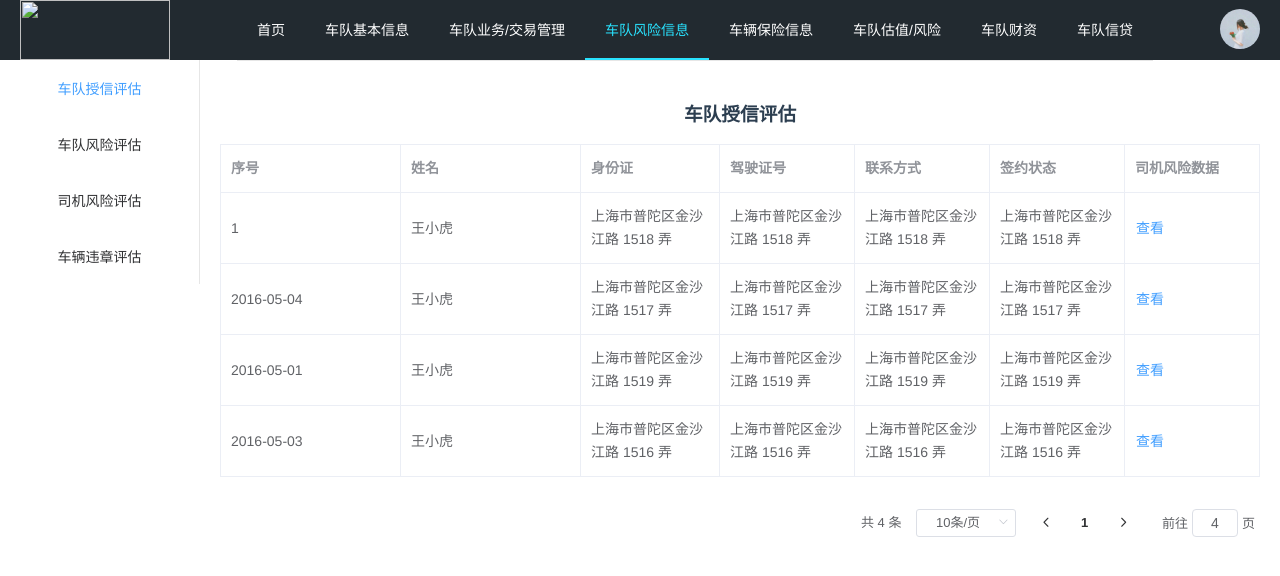
Repository: TheWomanLiketheWind/woodpecker
Page: /
These files come from the project's save history. The page is drawn as it stood at one moment and after the next save; the edit follows.
The browser window is 1280 px wide. The pictures show the whole page.
The project was rebuilt for these pictures with package versions that can differ from the ones it lists, and the page was loaded fresh each time. Also part of the build but not shown: src/views/menuThird.vue.

Above is the page before, as saved 2019-07-25 20:53:13.

### public/index.html
<!DOCTYPE html>
<html lang="en">
  <head>
    <meta charset="utf-8">
    <meta http-equiv="X-UA-Compatible" content="IE=edge">
    <meta name="viewport" content="width=device-width,initial-scale=1.0">
    <link rel="icon" href="<%= BASE_URL %>favicon.ico">
    <title>woodpecker</title>
  </head>
  <body>
    <noscript>
      <strong>We're sorry but woodpecker doesn't work properly without JavaScript enabled. Please enable it to continue.</strong>
    </noscript>
    <div id="app"></div>
    <!-- built files will be auto injected -->
  </body>
</html>

### src/App.vue
<template>
  <div id="app">
    <router-view />
  </div>
</template>

<style lang="scss">
#app {
  font-family: "Avenir", Helvetica, Arial, sans-serif;
  -webkit-font-smoothing: antialiased;
  -moz-osx-font-smoothing: grayscale;
  text-align: center;
  color: #2c3e50;
  .el-header {
    display: flex;
    justify-content: space-between;
    align-items: center;
  }
}
#nav {
  padding: 30px;
  a {
    font-weight: bold;
    color: #2c3e50;
    &.router-link-exact-active {
      color: #42b983;
    }
  }
}
body {
  margin: 0;
}
</style>

### src/router.ts
import Vue from 'vue'
import Router from 'vue-router'
import Home from './views/Home.vue'
Vue.use(Router)

export default new Router({
  mode: 'history',
  base: process.env.BASE_URL,
  routes: [
    {
      path: '/',
      name: 'home',
      component: Home,
      children: [
        {
          path: '/',
          name: 'menuSecond',
          children: [
            {
              path: '/',
              name: 'menuThird',
              component: () =>
                import(/* webpackChunkName: "about" */ './views/menuThird.vue')
            }
          ],
          component: () =>
            import(/* webpackChunkName: "about" */ './views/menuSecond.vue')
        }
      ]
    }
  ]
})

### src/views/Home.vue
<template>
  <el-container>
    <el-header class="headerAll">
      <img src=""
           class="headImage">
      <el-menu :default-active="activeIndex"
               class="el-menu-demo"
               mode="horizontal"
               background-color="#222a30"
               text-color="#fff"
               active-text-color="#29e2fe"
               @select="handleSelect">
        <el-menu-item v-for="(item, index) in menuList"
                      :key="index"
                      :index="item.index"
                      v-on:listenToChildEvent="menuClick">{{item.name}}</el-menu-item>
      </el-menu>

      <el-dropdown>
        <img src="../assets/headImage.jpg"
             class="drophead" />
        <el-dropdown-menu slot="dropdown">
          <el-dropdown-item>个人信息</el-dropdown-item>
          <el-dropdown-item>退出</el-dropdown-item>
        </el-dropdown-menu>
      </el-dropdown>
    </el-header>
    <!-- <router-link to="/menuSecond">点击跳转</router-link> -->
    <router-view />
  </el-container>
</template>

<script lang="ts">
import { Component, Vue } from "vue-property-decorator";

@Component({
  components: {}
})
export default class Home extends Vue {
  data() {
    return {
      activeIndex: "4",
      menuList: [
        {
          name: "首页",
          index: "1",
          link: ""
        },
        {
          name: "车队基本信息",
          index: "2",
          link: ""
        },
        {
          name: "车队业务/交易管理",
          index: "3",
          link: ""
        },
        {
          name: "车队风险信息",
          index: "4",
          link: ""
        },
        {
          name: "车辆保险信息",
          index: "5",
          link: ""
        },
        {
          name: "车队估值/风险",
          index: "6",
          link: ""
        },
        {
          name: "车队财资",
          index: "7",
          link: ""
        },
        {
          name: "车队信贷",
          index: "8",
          link: ""
        }
      ]
    };
  }

  private handleSelect(key: any, keyPath: any) {
    console.log(key, keyPath);
  }

  menuClick(data: any) {
    this.$router.push(data);
  }
}
</script>

<style lang="scss">
.headerAll {
  background: #222a30;
  .headImage {
    width: 150px;
    height: 100%;
    border: 0;
  }
  .drophead {
    width: 40px;
    height: 40px;
    border-radius: 50%;
  }
}
</style>

### src/views/menuSecond.vue
<template>
  <el-container>

    <el-aside width="200px">
      <el-menu :default-active="defaultActive"
               class="el-menu-vertical-demo"
               @select="handleSelect">
        <el-menu-item v-for="(item, index) in filesList.navigeList"
                      :key="index"
                      :index="item.index">
          <span slot="title">{{item.name}}</span>
        </el-menu-item>
      </el-menu>
    </el-aside>
    <el-main>
      <h3>{{filesList.navigeList[this.selectIndex].name}}</h3>
      <el-table :data="tableData"
                border
                style="width: 100%">
        <el-table-column prop="date"
                         label="序号"
                         width="180" />
        <el-table-column prop="name"
                         label="姓名"
                         width="180" />
        <el-table-column prop="address"
                         label="身份证" />
        <el-table-column prop="address"
                         label="驾驶证号" />
        <el-table-column prop="address"
                         label="联系方式" />
        <el-table-column prop="address"
                         label="签约状态" />
        <el-table-column prop="address"
                         label="司机风险数据">
          <template>
            <el-button type="text">查看</el-button>
          </template>
        </el-table-column>
      </el-table>
      <el-pagination @size-change="handleSizeChange"
                     @current-change="handleCurrentChange"
                     :current-page="currentPage4"
                     :page-sizes="[10, 20, 50, 100]"
                     :page-size="10"
                     layout="total, sizes, prev, pager, next, jumper"
                     :total="tableData.length">
      </el-pagination>
    </el-main>
  </el-container>

</template>

<script lang="ts">
import Vue from "vue";
import files from "../jsonFile";

export default Vue.extend({
  data() {
    return {
      filesList: files,
      selectIndex: 0,
      defaultActive: "1",
      currentPage4: 4,
      tableData: [
        {
          date: "1",
          name: "王小虎",
          address: "上海市普陀区金沙江路 1518 弄"
        },
        {
          date: "2016-05-04",
          name: "王小虎",
          address: "上海市普陀区金沙江路 1517 弄"
        },
        {
          date: "2016-05-01",
          name: "王小虎",
          address: "上海市普陀区金沙江路 1519 弄"
        },
        {
          date: "2016-05-03",
          name: "王小虎",
          address: "上海市普陀区金沙江路 1516 弄"
        }
      ]
    };
  },
  methods: {
    handleSelect(key: String) {
      this.selectIndex = Number(key) - 1;
    },
    handleSizeChange(val: Number) {
      console.log(`每页 ${val} 条`);
    },
    handleCurrentChange(val: Number) {
      console.log(`当前页: ${val}`);
    }
  }
});
</script>


<style lang="scss">
.el-pagination {
  margin-top: 30px;
  float: right;
}
</style>

### src/jsonFile.ts
const fileObject = {
  navigeList: [
    {
      name: '车队授信评估',
      index: '1'
    },
    {
      name: '车队风险评估',
      index: '2'
    },
    {
      name: '司机风险评估',
      index: '3'
    },
    {
      name: '车辆违章评估',
      index: '4'
    }
  ]
}

export default fileObject

Loaded but not shown: src/main.ts (common file); src/store.ts (common file)

After the next save:
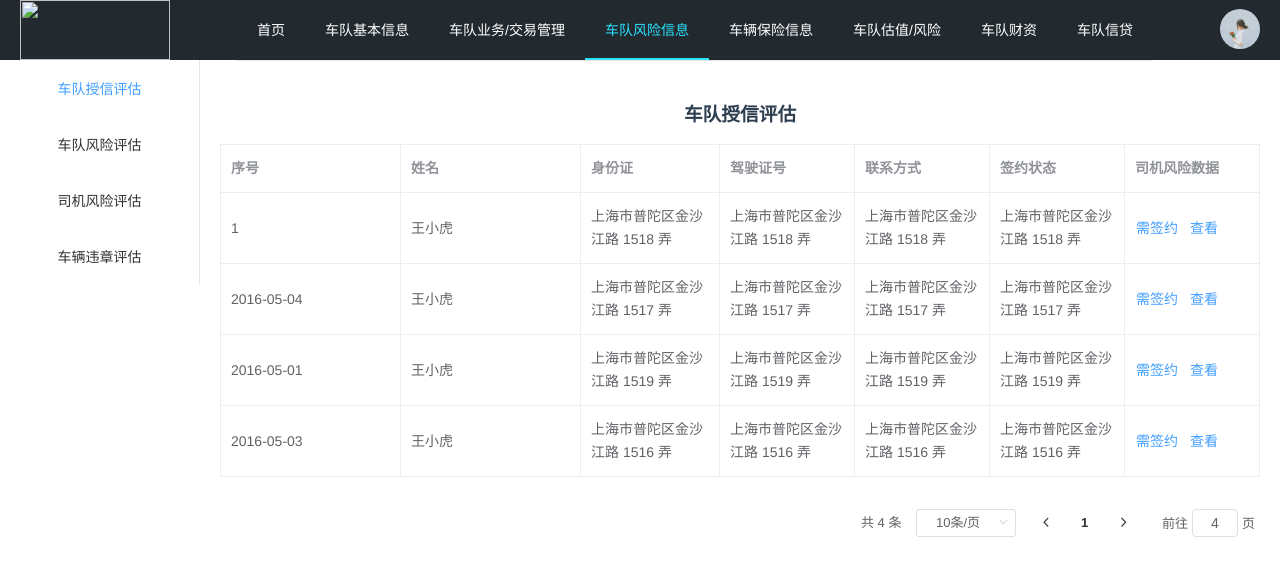
Saved 3 min 19 s later.
--- a/src/views/menuSecond.vue
+++ b/src/views/menuSecond.vue
@@ -34,6 +34,7 @@
         <el-table-column prop="address"
                          label="司机风险数据">
           <template>
+            <el-button type="text">需签约</el-button>
             <el-button type="text">查看</el-button>
           </template>
         </el-table-column>
